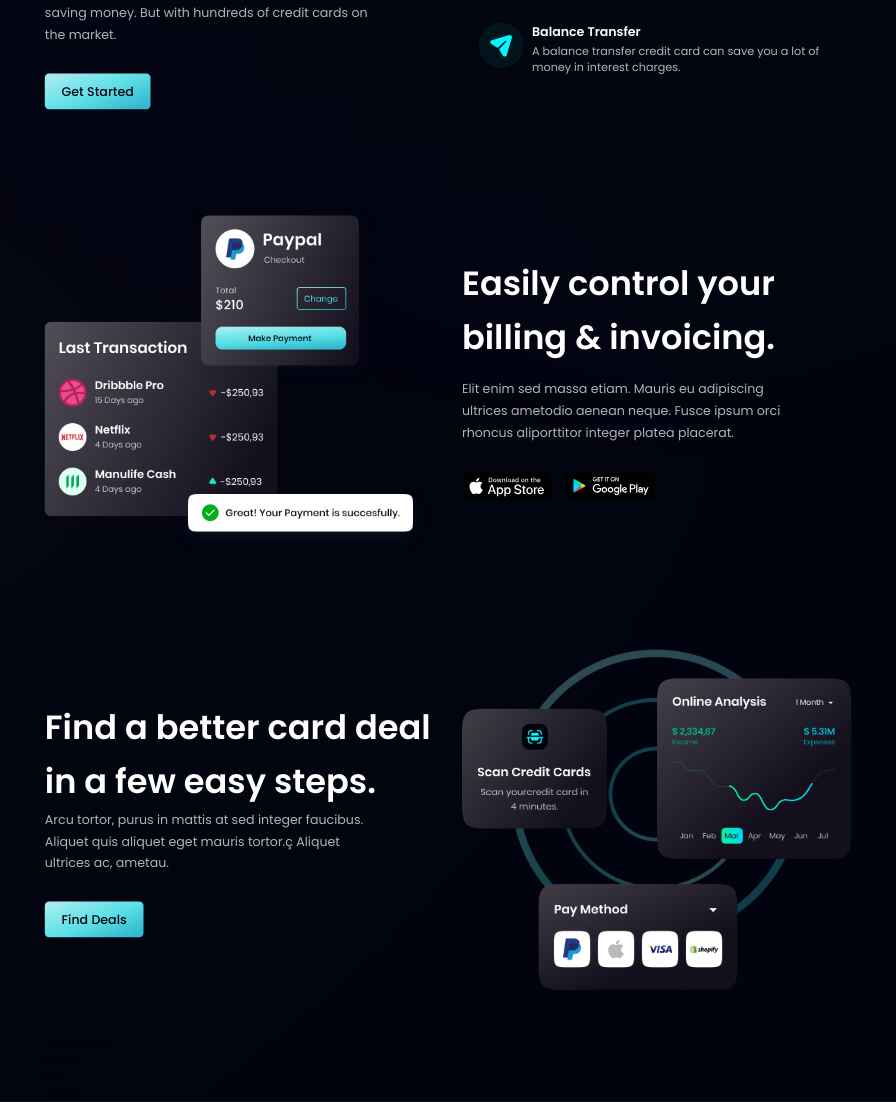
Repository: Carlito-Pedida/modern-app
Page: /
The author's editor kept a copy of each file at every save. The page is drawn from the files as they stood at one save, then again after the next save.
The browser window is 1280 px wide. The pictures show the part of the page from y = 1320 to 3240 px (the page is 2894 px tall before and 3240 px after), at 70% of full size.
The project was rebuilt for these pictures with package versions that can differ from the ones it lists, and the page was loaded fresh each time. Also part of the build but not shown: vite.config.js.

Above is the page before, as saved 2024-11-16 11:30:45.

After the next save:
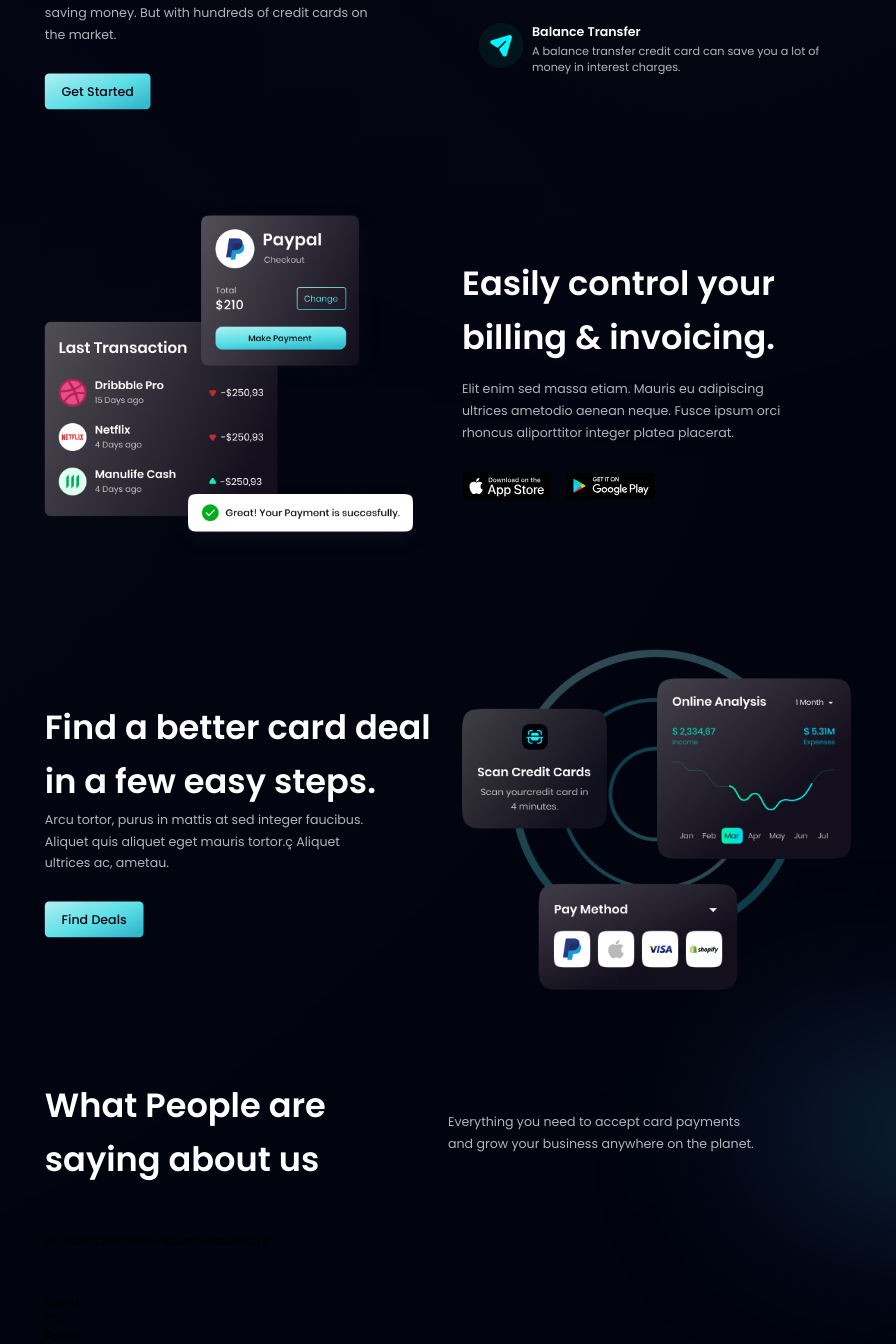
Saved 3 min 8 s later.
--- a/src/components/Testimonials.jsx
+++ b/src/components/Testimonials.jsx
@@ -3,7 +3,25 @@
 import FeedbackCard from "./FeedbackCard"
 
 const Testimonials = () => (
-    <div>Testimonials</div>
+  <section id="clients" className={`${styles.paddingY} ${styles.flexCenter} flex-col relative `}>
+  <div className="absolute z-[0] w-[60%] h-[60%] -right-[50%] rounded-full blue__gradient bottom-40" />
+
+  <div className="w-full flex justify-between items-center md:flex-row flex-col sm:mb-16 mb-6 relative z-[1]">
+    <h2 className={styles.heading2}>
+      What People are <br className="sm:block hidden" /> saying about us
+    </h2>
+    <div className="w-full md:mt-0 mt-6">
+      <p className={`${styles.paragraph} text-left max-w-[450px]`}>
+        Everything you need to accept card payments and grow your business
+        anywhere on the planet.
+      </p>
+    </div>
+  </div>
+
+  <div className="flex flex-wrap sm:justify-start justify-center w-full feedback-container relative z-[1]">
+    {feedback.map((card) => <FeedbackCard key={card.id} {...card} />)}
+  </div>
+</section>
   )
 
 
